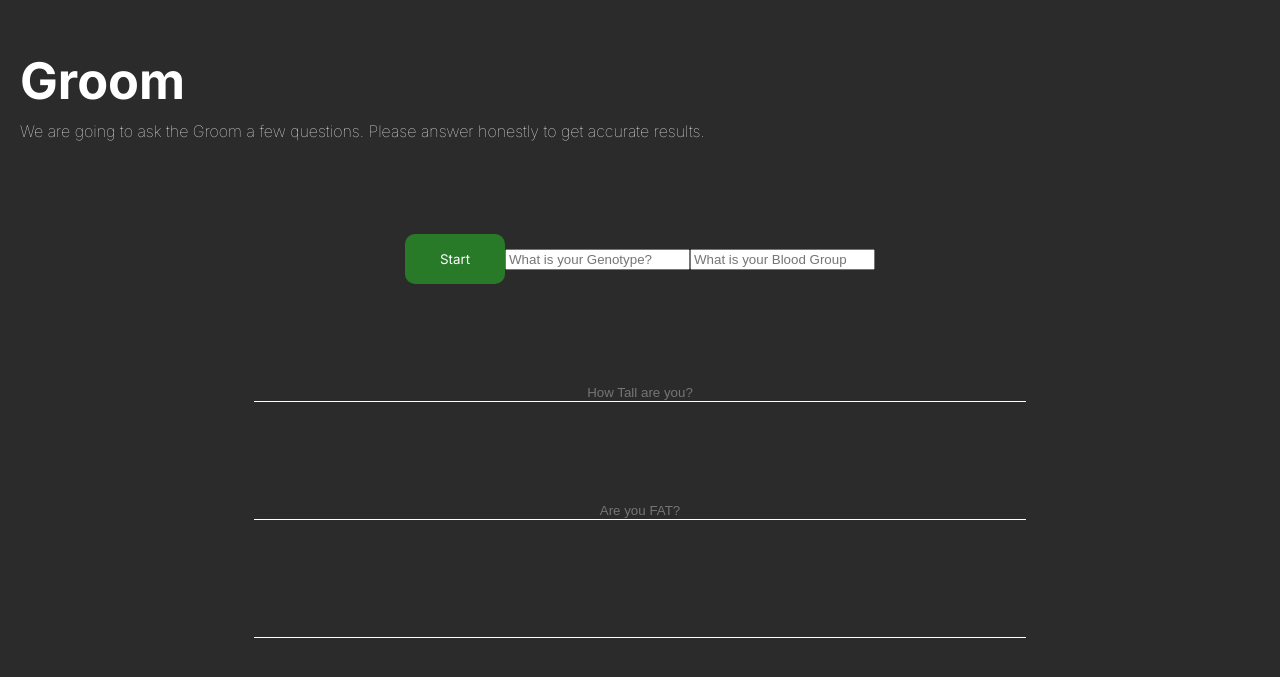
Repository: devhabeeblateef/tictactoe
Page: /
These files come from the project's save history. The page is drawn as it stood at one moment and after the next save; the edit follows.
The browser window is 1280 px wide. The pictures show the whole page.
The project was rebuilt for these pictures with package versions that can differ from the ones it lists, and the page was loaded fresh each time. Also part of the build but not shown: src/App.css.

Above is the page before, as saved 2022-06-17 02:17:47.

### src/App.js
import logo from './logo.svg';
import './App.css';
import Form from './Form';

function App() {
  return (
    <div>
      <Form/>
    </div>
  );
}

export default App;

### src/Form.js
import React, {useState, useRef} from 'react'
import classes from './Home.module.css'
import Myform from './Myform'

function Form() {
    const [started, setStarted] = useState(true)
    const [asnwers, setAnswers] = useState(Array(9).fill(null))
    const answer = useRef()
    const maleQuestions = ["What is your Genotype?", "What is your Blood Group",
"How Tall are you?", "Are you FAT?"]
    const start = () => {
        setStarted(false)
    }

  return (
    <div>
        <h1 className={classes.home__header}>
            Groom
        </h1>
        <p className={classes.home__info}>
        We are going to ask the Groom a few questions.
        Please answer honestly to get accurate results.
        </p>
        <center>
        {started ? <button onClick={start} className={classes.start}>
        Start</button> : ""}
        <input placeholder={maleQuestions[0]}/>
        <input placeholder={maleQuestions[1]}/>
        <Myform placeholder={maleQuestions[2]}/>
        <Myform placeholder={maleQuestions[3]}/>
        <Myform placeholder={maleQuestions[4]}/>
        </center>
    </div>
  )
}

export default Form

### src/Home.module.css
@import url('https://fonts.googleapis.com/css2?family=Inter:wght@100;200;300;400;500;600;700;800;900&display=swap');

body
{
    background-color: #2b2b2b;
    color: #fff;
}

.home__header
{
    margin:50px 20px;
    font-size: 5ch;
    font-family: 'Inter', sans-serif;
    font-weight: bold;
}

.home__info
{
    font-family: 'Inter', sans-serif;
    font-weight: 100;
    margin: -40px 20px;
}

img
{
    width: 350px;
}

.button
{
    margin: 50px 20px;
}


.button__one
{
    background-color: #23A6FD;
    border-radius: 60px;
    border: none;
    padding:8px 30px;
    color: white;
    margin-right: 10px;
    font-family: 'Montserrat', sans-serif;
    cursor: pointer;
}

.button__two
{
    margin-left: 10px;
    background-color: transparent;
    border-radius: 60px;
    padding: 8px 30px;
    border: 2px solid #fff;
    color: white;
    font-family: 'Montserrat', sans-serif;
    cursor: pointer;
}

@media (max-width:400px){
.button__two
{
    margin: 20px 0;
    border-radius: 60px;

}
}

a
{
    color: #fff;
    text-decoration: none;
}

a:hover
{
    color: white;
}

.start
{
    background-color: rgb(40, 122, 40);
    border: none;
    color: #fff;
    border-radius: 10px;
    padding: 10px;
    width: 100px;
    font-family: 'Inter', sans-serif;
    height: 50px;
    margin-top: 10em;
}

.questions
{
    margin-top: 100px;
    background: none;
    border: none;
    border-bottom: 1px solid #fff;
    width: 60%;
    outline: none;
    color: #fff;
    text-align: center;
}

### src/Myform.js
import React, {useRef} from 'react'
import classes from './Home.module.css'

function Myform({placeholder}) {

  return (
    <div>
    <form>
        <input className={classes.questions} placeholder={placeholder}  />
    </form>
    </div>
  )
}

export default Myform

Loaded but not shown: src/index.js (common file); src/index.css (common file); src/reportWebVitals.js (common file)

After the next save:
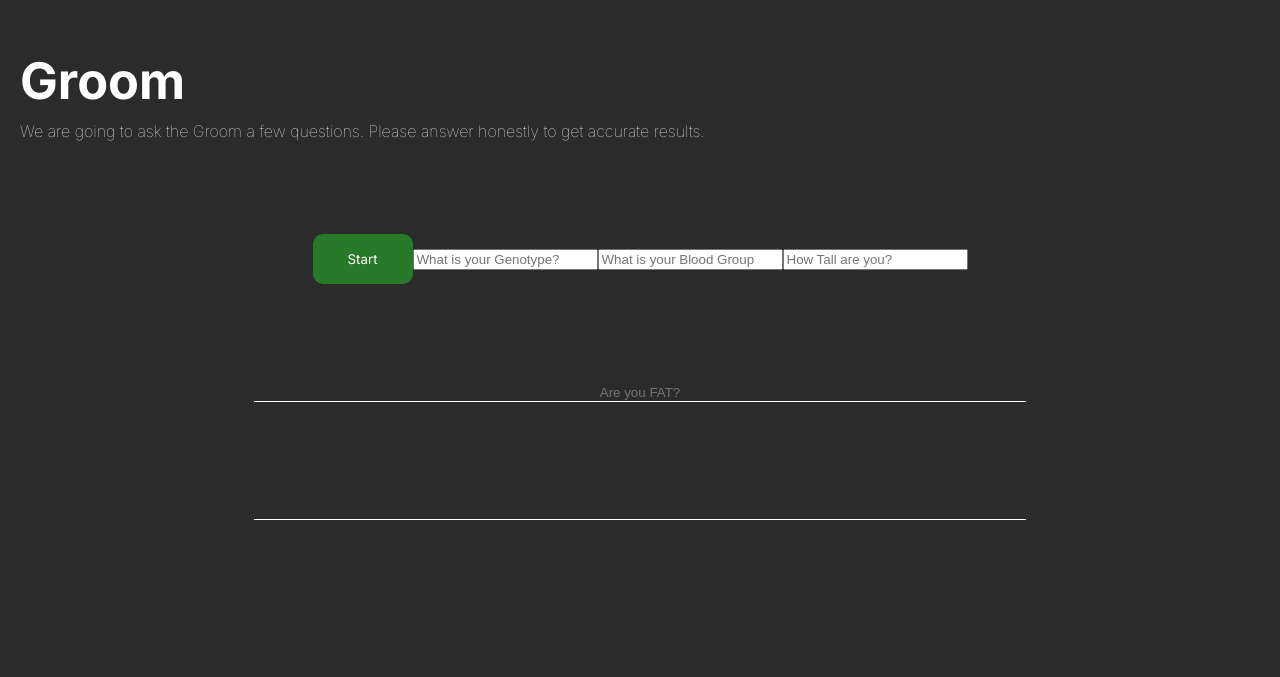
Saved 7 s later.
--- a/src/Form.js
+++ b/src/Form.js
@@ -26,7 +26,7 @@ function Form() {
         Start</button> : ""}
         <input placeholder={maleQuestions[0]}/>
         <input placeholder={maleQuestions[1]}/>
-        <Myform placeholder={maleQuestions[2]}/>
+        <input placeholder={maleQuestions[2]}/>
         <Myform placeholder={maleQuestions[3]}/>
         <Myform placeholder={maleQuestions[4]}/>
         </center>
